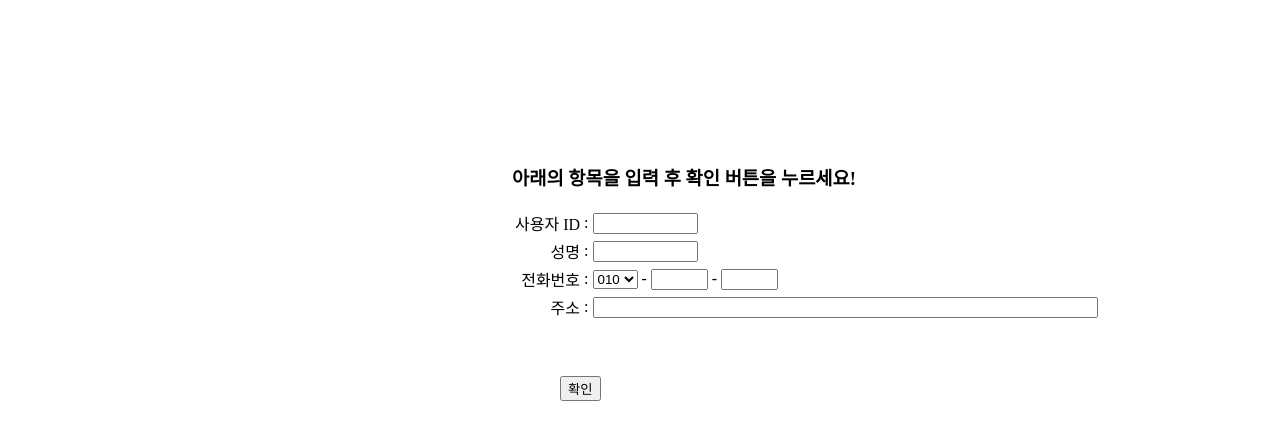
Repository: HyeogDo/Study_Java
Page: http://localhost/Quiz_04/insertLogin.jsp
The author's editor kept a copy of each file at every save. The page is drawn from the files as they stood at one save, then again after the next save.
The browser window is 1280 px wide. The pictures show the whole page.
The page is served by Tomcat 9.

Above is the page before, as saved 2022-03-22 03:47:20.

### Servlets/Quiz_04/src/main/webapp/insertLogin.jsp
<%@ page language="java" contentType="text/html; charset=UTF-8"
    pageEncoding="UTF-8"%>
<!DOCTYPE html>
<html>
	<head>
		<meta charset="UTF-8">
		<title>Insert title here</title>
	</head>
	<script type="text/javascript">
		function loginCheck() {
			var f = document.formLogin
			var regExpId = /^[a-z|A-Z|ㄱ-ㅎ|ㅏ-ㅣ|가-힣]/
			var regExpPhone = /^\d{3}-\d{3,4}-\d{4}$/
			var regExpName = /^[가-힣]*$/

			var id = f.userId.value
			if (id == ""){
				alert("아이디를 입력해 주세요")
				f.userId.select();
				return
			} else if (!regExpId.test(id)){
				alert("아이디는 문자로 시작해 주세요")
				f.userId.select();
				return
			}

			var name = f.userName.value
			if (name == ""){
				alert("이름을 입력해 주세요")
				f.userName.select();
				return
			}else if (!regExpName.test(name)){
				alert("이름은 한글만 입력해주세요")
				f.userName.select();
				return
			}

			var phone = f.phone1.value + "-" + f.phone2.value + "-" + f.phone3.value
			if (!regExpPhone.test(phone)){
				alert("연락처 입력을 확인해 주세요")
				f.phone2.select();
				return
			}

			var address = f.userAddress.value
			if (address == ""){
				alert("주소를 입력해 주세요")
				f.userAddress.select();
				return
			}
			f.submit()

		}
	</script>
	<body>
	<div style="position: absolute; left: 40%; top: 20%;">
		<h3><b>아래의 항목을 입력 후 확인 버튼을 누르세요!</b></h3>
		<form action="todbLogin.jsp" method="post" name="formLogin">
			<table>
				<tr>
					<td align="right">사용자 ID</td>
					<td> : <input type="text" name="userId" size="10"></td>
				</tr>
				<tr>
					<td align="right">성명</td>
					<td> : <input type="text" name="userName" size="10"></td>
				</tr>
				<tr>
					<td align="right">전화번호</td>
					<td> : <select name="phone1">
								<option value="010">010</option>
								<option value="011">011</option>
								<option value="016">016</option>
								<option value="017">017</option>
								<option value="018">018</option>
								<option value="019">019</option>
							</select>
							- <input type="text" maxlength="4" size="4" name="phone2">
							- <input type="text" maxlength="4" size="4" name="phone3">
					</td>
				</tr>
				<tr>
					<td align="right">주소</td>
					<td> : <input type="text" name="userAddress" size="60"></td>
				</tr>
			</table>
			<br>
			<br>
			<br>
			&emsp;&emsp;&emsp;<input type="button" value="확인" onclick="loginCheck()">
		</form>
		</div>
	</body>
</html>

After the next save:
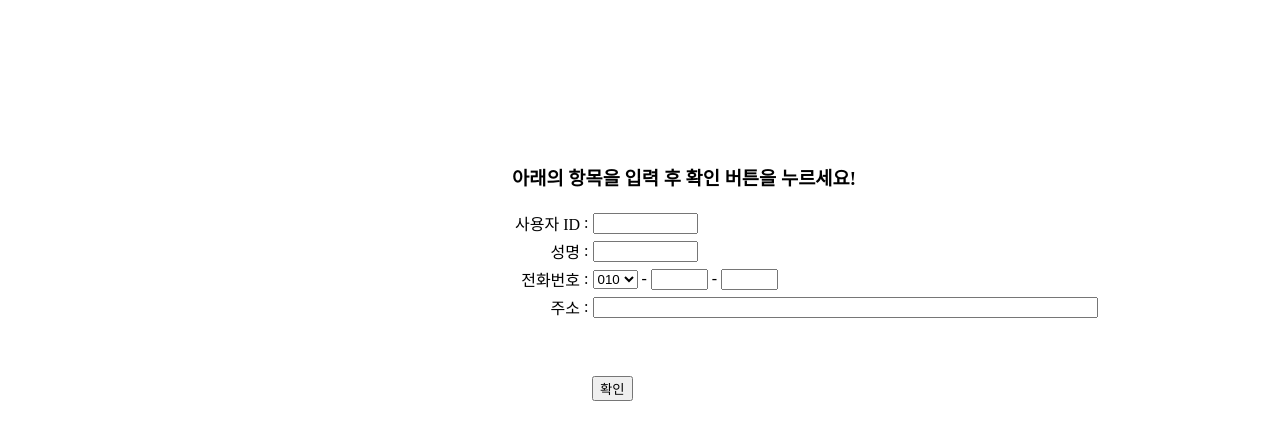
Saved 12 s later.
--- a/Servlets/Quiz_04/src/main/webapp/insertLogin.jsp
+++ b/Servlets/Quiz_04/src/main/webapp/insertLogin.jsp
@@ -87,7 +87,7 @@
 			<br>
 			<br>
 			<br>
-			&emsp;&emsp;&emsp;<input type="button" value="확인" onclick="loginCheck()">
+			&emsp;&emsp;&emsp;&emsp;&emsp;<input type="button" value="확인" onclick="loginCheck()">
 		</form>
 		</div>
 	</body>
